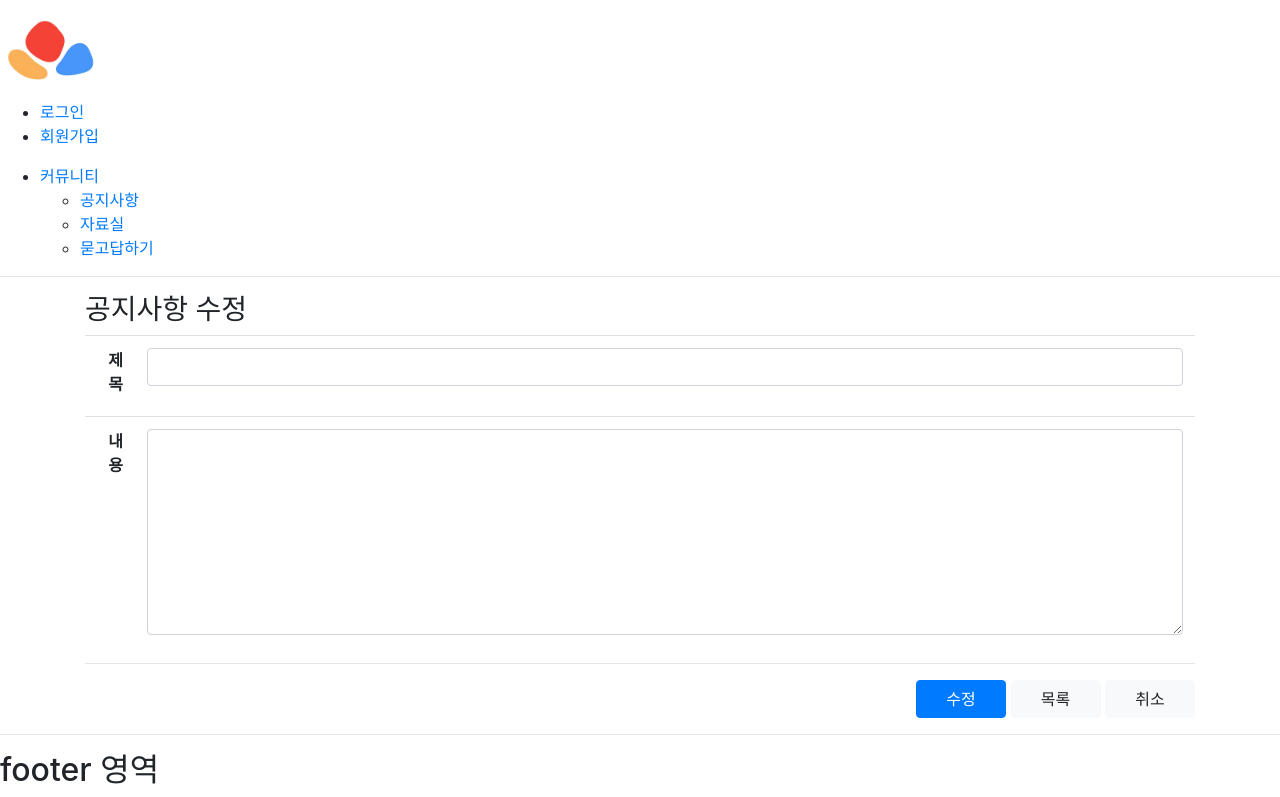
Repository: rnjsmj/pro01
Page: http://localhost/pro01/notice/notice_edit.jsp
An editor plug-in stored every save of this project. The page is shown before and after the next save, followed by the edit.
The browser window is 1280 px wide. The pictures show the whole page.
The page is served by Tomcat 9. Nobody is signed in. The application's start-up code is not run. Other server files are loaded and not shown. The template is opened directly, without the code that normally fills it, so the values that code supplies are empty.

Above is the page before, as saved 2024-04-05 07:18:13.

### pro01/WebContent/notice/notice_edit.jsp
<%@ page language="java" contentType="text/html; charset=UTF-8"
    pageEncoding="UTF-8"%>
<%@ taglib prefix="c" uri="http://java.sun.com/jsp/jstl/core" %>
<%@ taglib prefix="fmt" uri="http://java.sun.com/jsp/jstl/fmt" %>
<c:set var="path0" value="<%=request.getContextPath() %>" />
<!DOCTYPE html>
<html>
<head>
<meta charset="UTF-8">
<title>${title }</title>
<%@ include file="/head.jsp" %>
<style>
.notice-no { display:none; }
.table th { text-align:right; width:50px;}
.buttons { text-align:right; }
.buttons a, button {width:90px;}
</style>
</head>
<body>
<div id="header">
	<%@ include file="/header.jsp" %>
</div>
<div id="contents" class="container">
	<section class="page">
		<div>
			<h3>공지사항 수정</h3>
			<form action="${path0 }/NoticeUpdatePro.do" method="post">
				<table class="table">
					<tbody>
						<tr class="notice-no">
							<th>글번호</th>
							<td>
								<input type="text" name="no" id="no" class="form-control" maxlength="100" value="${notice.no }" readonly>
							</td>
						</tr>
						<tr>
							<th><label for="title">제목</label></th>
							<td>
								<input type="text" name="title" id="title" class="form-control"
									maxlength="50" value="${notice.title }" required>
							</td>
						</tr>
						<tr>
							<th><label for="content">내용</label></th>
							<td>
								<textarea name="content" id="content" rows="8" cols="80" class="form-control"
									 required>${notice.content }</textarea>
							</td>
						</tr>
					</tbody>
				</table>
				<hr>
				<div class="buttons">
					<button type="submit" class="btn btn-primary">수정</button>
					<a href="${path0 }/NoticeList.do" class="btn btn-light">목록</a>
					<a href="${path0 }/GetNotice.do?no=${notice.no} " class="btn btn-light">취소</a>
				</div>
			</form>
		</div>
	</section>
</div>
<div id=footer>
	<%@ include file="/footer.jsp" %>
</div>
</body>
</html>

### pro01/WebContent/head.jsp
<%@ page language="java" contentType="text/html; charset=UTF-8"
    pageEncoding="UTF-8"%>
<%@ taglib prefix="c" uri="http://java.sun.com/jsp/jstl/core" %>
<%@ taglib prefix="fmt" uri="http://java.sun.com/jsp/jstl/fmt" %>
<c:set var="ipath" value="<%= request.getContextPath() %>" />
<script src="${ipath }/js/jquery-3.2.1.min.js"></script>
<link rel="stylesheet" href="${ipath }/css/bootstrap.min.css" />
<script src="${ipath }/js/bootstrap.min.js"></script>
<meta name="viewport" content="width=device-width, initial-scale=1.0">
<meta name="subject" content="갈현동 소개 (Galhyeon-dong Intro)" />
<meta name="description" content="갈현동, 로데오거리, 맛집, 교통" />
<meta name="keywords" content="갈현동, 갈현1동, 갈현2동, 거리, 맛집, 교통편, 연신내역, 연신내, 구산역, 구산동, 구파발, 로데오거리, 연신내로데오거리, 메트로타워, 주점" />
<link rel="icon" href="${ipath }/images/favicon.png" />
<link rel="shortcut icon" href="${ipath}/images/favicon3.png" />
<meta property="og:type" content="website" />
<meta property="og:title" content="갈현동" />
<meta property="og:description" content="갈현동, 로데오거리, 맛집, 교통" />
<meta property="og:image" content="${ipath }/images/site.png" />
<meta property="og:url" content="http://localhost:8091" />

### pro01/WebContent/header.jsp
<%@ page language="java" contentType="text/html; charset=UTF-8"
    pageEncoding="UTF-8"%>
<%@ taglib prefix="c" uri="http://java.sun.com/jsp/jstl/core" %>
<%@ taglib prefix="fmt" uri="http://java.sun.com/jsp/jstl/fmt" %>
<c:set var="hpath" value="<%= request.getContextPath() %>" />
<header>
	<div class="logo_wrap" >
		<a href="/pro01"><img alt="갈현동" src="${hpath }/images/favicon3.png" width=100px> </a>
	</div>
	<nav id="tnb">
		<ul>
			<c:if test="${empty sid }">
			<li><a href="${hpath }/member/">로그인</a></li>
			<li><a href="${hpath }/member/">회원가입</a></li>
			</c:if>
			<c:if test="${not empty sid }">
			<li><a href="${hpath }/member/">로그아웃</a></li>
			<li><a href="${hpath }/member/">마이페이지</a></li>
			</c:if>
			<c:if test="${sid.equals('admin') }">
			<li><a href="${hpath }/admin">관리자 페이지</a></li>
			</c:if>
		</ul>
	</nav>
	<nav id="gnb">
		<ul class="main_menu">
			<li><a href="">커뮤니티</a>
				<ul>
					<li><a href="${hpath }/NoticeList.do">공지사항</a></li>
					<li><a href="">자료실</a></li>
					<li><a href="">묻고답하기</a></li>
				</ul>
			</li>
		</ul>
	</nav>
</header>
<hr>

### pro01/WebContent/footer.jsp
<%@ page language="java" contentType="text/html; charset=UTF-8"
    pageEncoding="UTF-8"%>
<hr>
<footer>
	<h2>footer 영역</h2>
</footer>

Loaded but not shown: pro01/WebContent/js/jquery-3.2.1.min.js (library); pro01/WebContent/css/bootstrap.min.css (library); pro01/WebContent/js/bootstrap.min.js (library)

After the next save:
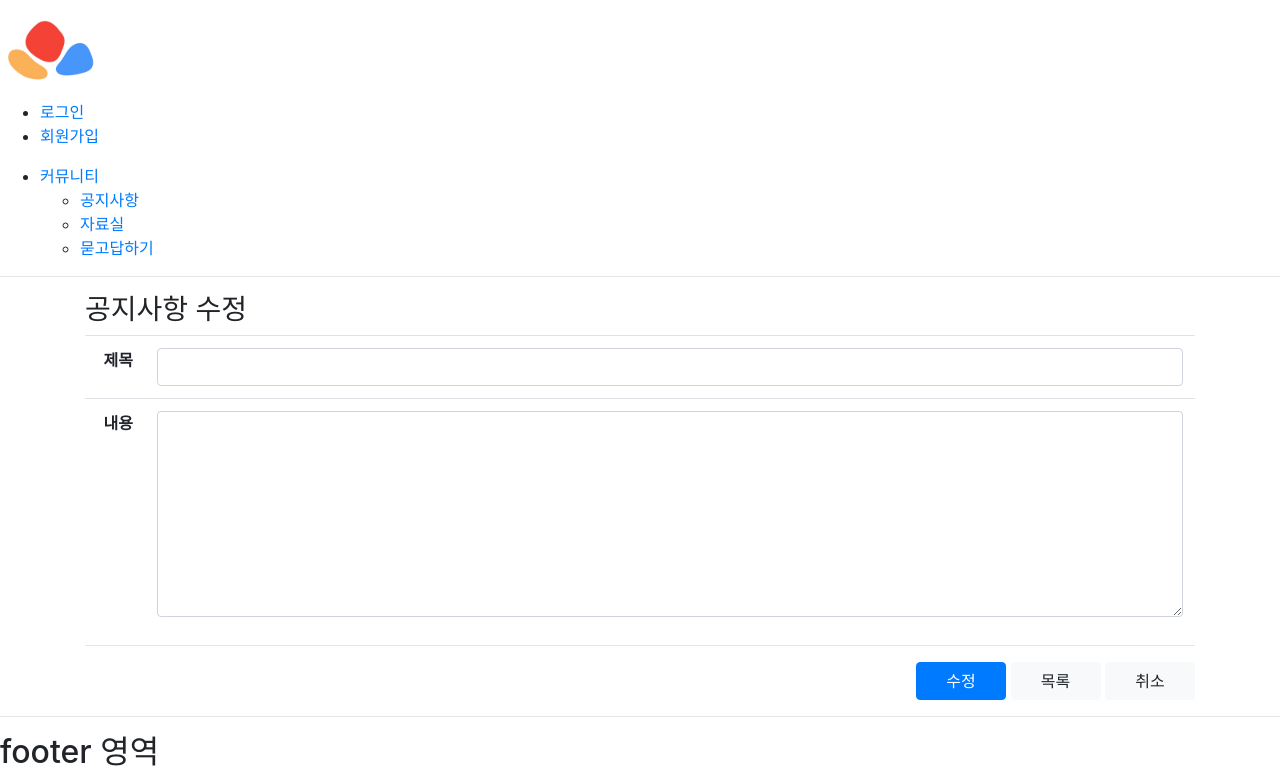
Saved 27 s later.
--- a/pro01/WebContent/notice/notice_edit.jsp
+++ b/pro01/WebContent/notice/notice_edit.jsp
@@ -11,7 +11,7 @@
 <%@ include file="/head.jsp" %>
 <style>
 .notice-no { display:none; }
-.table th { text-align:right; width:50px;}
+.table th { text-align:right; width:60px;}
 .buttons { text-align:right; }
 .buttons a, button {width:90px;}
 </style>
